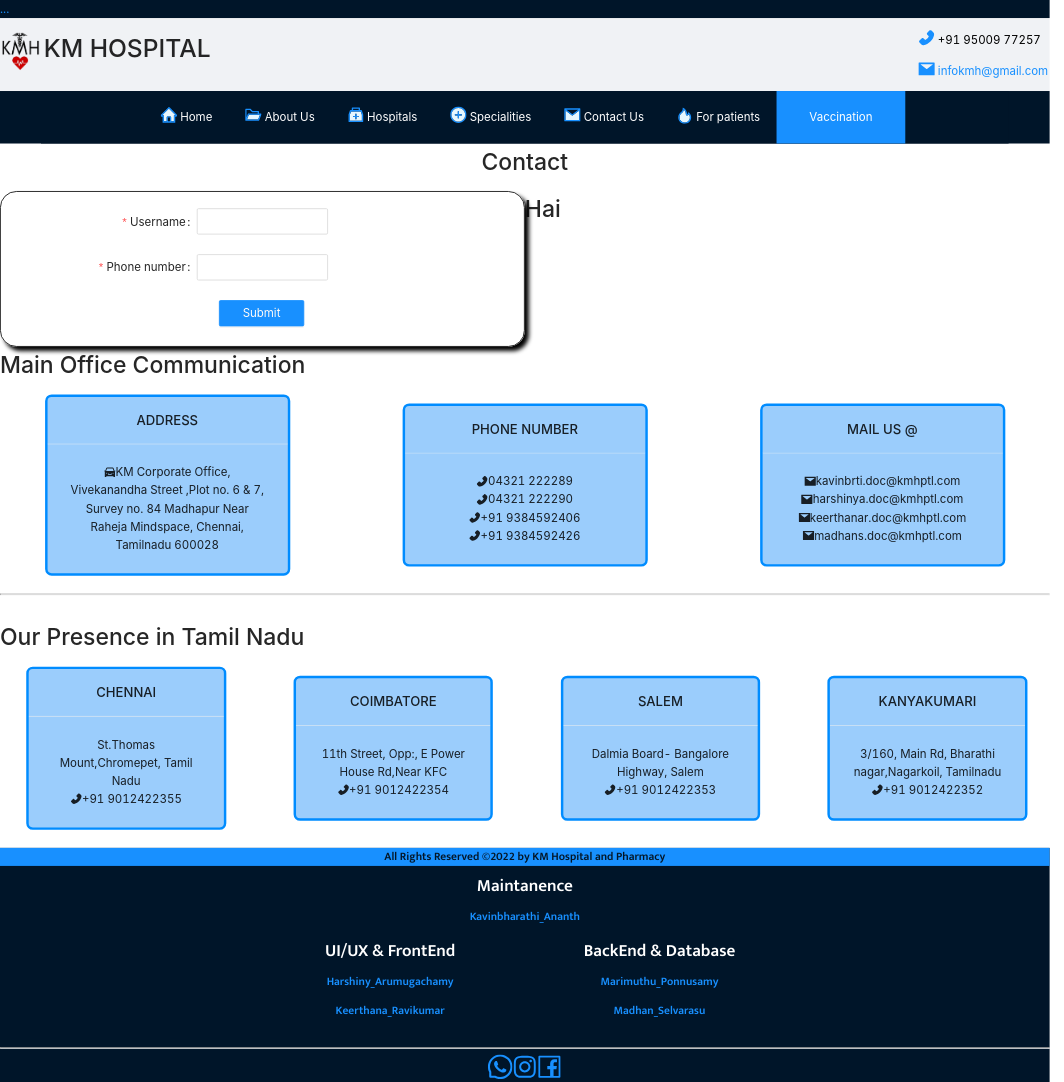
Repository: marimuthu1001/KHM-hospital
Page: /contactus (app in km-hospital/)
The author's editor kept a copy of each file at every save. The page is drawn from the files as they stood at one save, then again after the next save.
The browser window is 1280 px wide. The page is 1297 px wide, so the pictures cover 1297 px, including what lies to the right of the window. The pictures show the whole page, at 82% of full size.
The project was rebuilt for these pictures with package versions that can differ from the ones it lists, and the page was loaded fresh each time. Also part of the build but not shown: km-hospital/src/Pages/Feedback.jsx.

Above is the page before, as saved 2022-01-25 08:50:47.

After the next save:
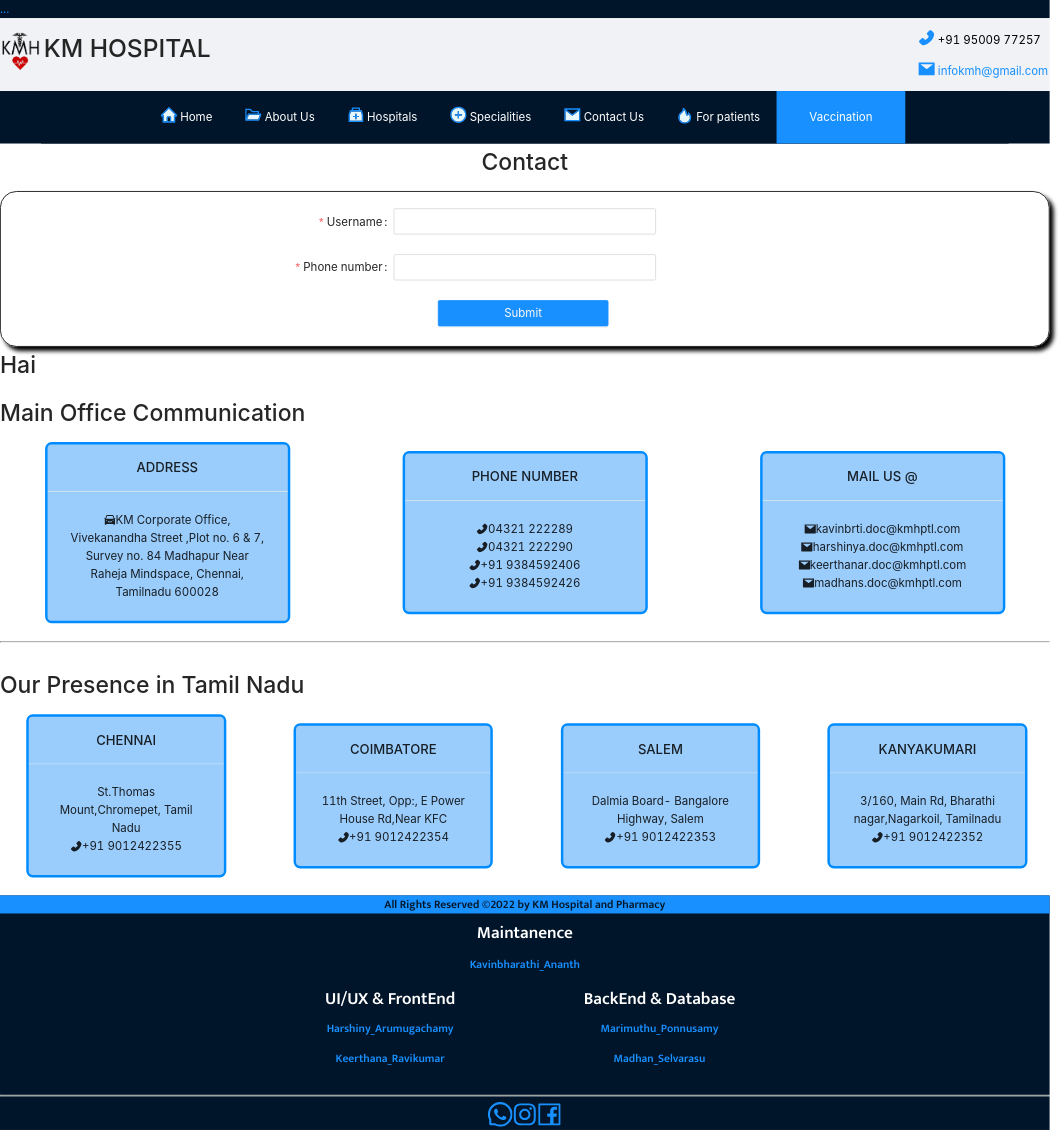
Saved 8 s later.
--- a/km-hospital/src/Pages/ContactUs.jsx
+++ b/km-hospital/src/Pages/ContactUs.jsx
@@ -19,7 +19,7 @@
 
 
 <Row>
-        <Col span={12}>
+        <Col span={24}>
         <Form className={Styles.form}
                     name="basic"
                     labelCol={{

After the save that followed:
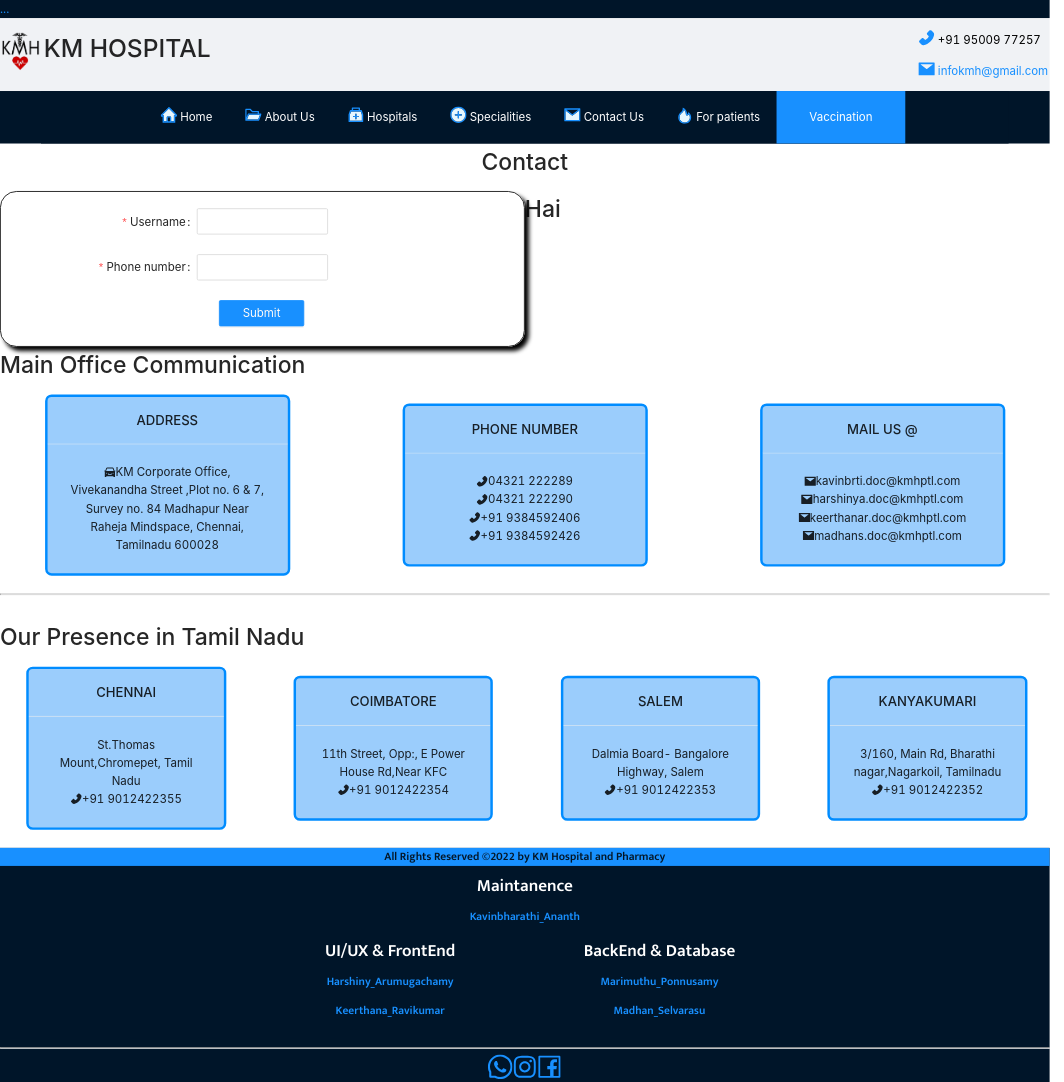
Saved 34 s later.
--- a/km-hospital/src/Pages/ContactUs.jsx
+++ b/km-hospital/src/Pages/ContactUs.jsx
@@ -19,7 +19,7 @@
 
 
 <Row>
-        <Col span={24}>
+        <Col span={12}>
         <Form className={Styles.form}
                     name="basic"
                     labelCol={{
